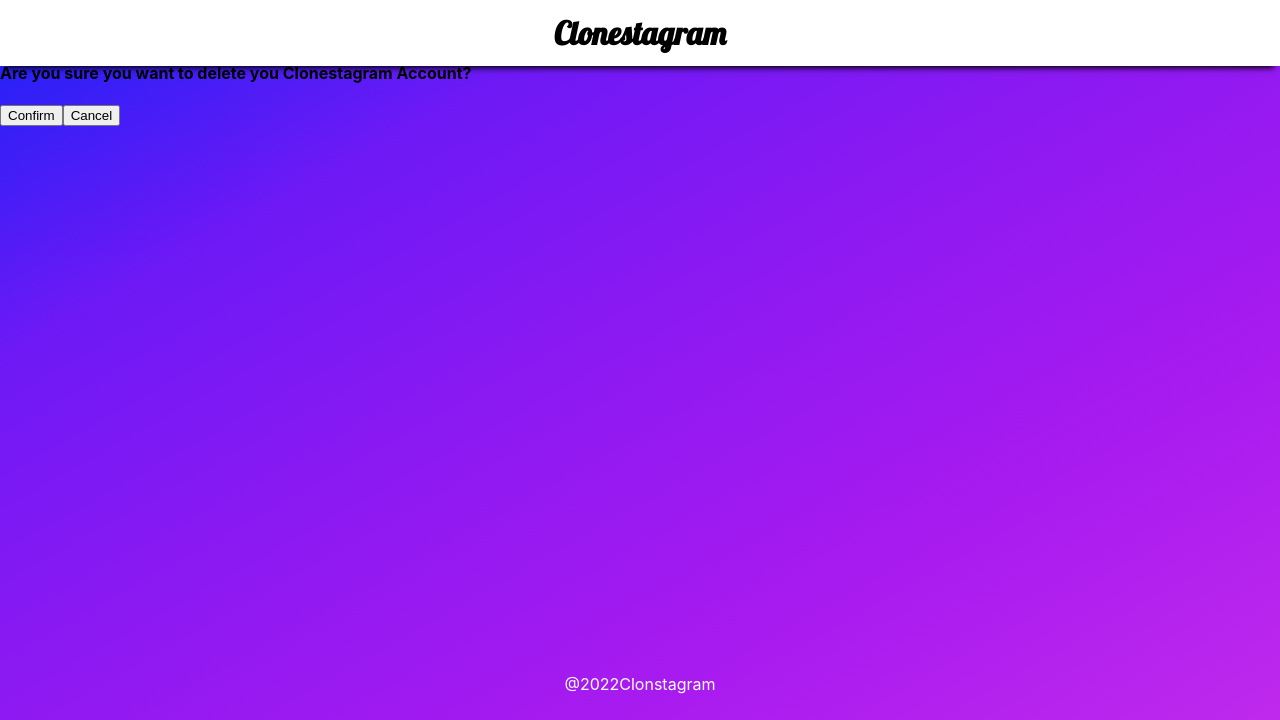
Repository: MikeMoore55/clonestagram
Page: /delaccount
These files come from the project's save history. The page is drawn as it stood at one moment and after the next save; the edit follows.
The browser window is 1280 px wide. The pictures show the whole page.
The page's requests for data from a server got no answer. The project was rebuilt for these pictures with package versions that can differ from the ones it lists, and the page was loaded fresh each time. The framework's server and built-in components were replaced by stand-ins that run in the browser. No one was signed in, and anything a server would have sent is missing. Also part of the build but not shown: next.config.js.

Above is the page before, as saved 2022-11-24 08:59:36.

### pages/_app.jsx
import Layout from '../components/Layout/Layout';
import '../styles/globals.css';

export default function MyApp({ Component, pageProps }) {
  return (
    <Layout>
      <Component {...pageProps} />
    </Layout>
  );
};

### pages/delaccount.jsx
import React from 'react';
import Link from 'next/link';
import Router,{useRouter} from 'next/router';
import { SupaBaseDB } from '../utils/dbconnect';
import { parseCookies } from '../helpers/cookie';
import styles from '../styles/DelAccount.module.css';
import Footer from '../components/Layout/Footer'

export default function DelAccount( { data } ) {
    const router = useRouter();
    const id = [data];
    function extractId(arr, prop) {
        const extractedValue = arr.map(item => item[prop]);
        return extractedValue;
    }

    const cookieId = extractId(id, 'user');
    const userId = cookieId.toString();

    console.log(userId);

    const delAccount = async () => {

        // delete the account of user
        const account = await SupaBaseDB
            .from("account")
            .delete()
            .eq("account_id", userId);

        // delete all the posts of user too
        const posts = await SupaBaseDB
            .from("posts")
            .delete()
            .eq("user_id", userId);

        if (account.error) {
            console.log(account.error['message']);
        }
        else if (posts.error) {
            console.log(posts.error["message"]);
        }
        else {
            console.log('account deleted successfully');
            router
                .push({
                    pathname: '/', // when successful take to the feed page
                });
        }
    }

    return (
        <div className={styles.container}>
            <div className={styles.block}>
                <h3 className={styles.heading1}>It is so sad to see you go 😢</h3>
                <h4 className={styles.heading2}>Are you sure you want to delete you Clonestagram Account?</h4>
                <button className={styles.confirm} onClick={() => delAccount()}>Confirm</button>
                <button className={styles.cancel}><Link href={'/home'}>Cancel</Link></button>
            </div>
            {/* for a cool background effect */}
            <div className={styles.backgroundFeature}>
                1
            </div>
            <Footer/>
        </div>
    );
};

export async function getServerSideProps({ req, res }) {
    const data = parseCookies(req);

    if (res) {
        if (Object.keys(data).length === 0 && data.constructor === Object) {
            res.writeHead(301, { Location: "/signin" });
            res.end();
        }
    }

    return {
        props: {
            data: data && data,
        }
    };
};

// del from supabase
// take to index page

### components/Layout/Layout.jsx
import React from 'react';
import Header from './Header';

// layout across app
export default function Layout({children}) {
  return (
    <div id='Layout'>
      <Header />
      {children}
    </div>
  );
};

### styles/globals.css
html,
body {
  padding: 0;
  margin: 0;
  font-family: -apple-system, BlinkMacSystemFont, Segoe UI, Roboto, Oxygen,
    Ubuntu, Cantarell, Fira Sans, Droid Sans, Helvetica Neue, sans-serif;
}

a {
  color: inherit;
  text-decoration: none;
}

* {
  box-sizing: border-box;
}

@media (prefers-color-scheme: dark) {
  html {
    color-scheme: dark;
  }

  body {
    color: black;
    background: rgb(234, 233, 233);
  }
}

### utils/dbconnect.js
import { createClient } from "@supabase/supabase-js";

const supabaseUrl = process.env.NEXT_PUBLIC_SUPABASE_URL;
const supabaseApi = process.env.NEXT_PUBLIC_SUPABASE_API_KEY;

export const SupaBaseDB = createClient(supabaseUrl, supabaseApi);

### helpers/cookie.js
import cookie from "cookie";

export function parseCookies(req) {
    return cookie.parse(req ? req.headers.cookie || "" : document.cookie)
}

### styles/DelAccount.module.css
.backgroundFeature {
    position: fixed;
    color: transparent;
    background-image: linear-gradient(to right bottom, #000bf8, #5e00f5, #8300f1, #a002ee, #b812eb);
    width: 100%;
    height: 100%;
    bottom: 0%;
    right: 0%;
    top: 0%;
    left: 0%;
    z-index: -1;
    opacity: 0.9;
}

### components/Layout/Footer.jsx
import React from 'react';
import styles from '../../styles/Footer.module.css';

export default function Footer() {
    return (
        <footer className={styles.footer}>
            @2022Clonstagram
        </footer>
    );
};

### components/Layout/Header.jsx
import React from 'react';
import styles from '../../styles/Header.module.css';

export default function Header() {
    return (
        <header className={styles.header}>
            <h1>Clonestagram</h1>
        </header>
    );
};

### styles/Footer.module.css
.footer {
    position: fixed;
    bottom: 0%;
    left: 0%;
    right: 0%;
    width: 100%;
    text-align: center;
    color: white;
    padding: 2%;
}

@media (min-width: 490px) {
    .footer {
        font-size: 1.7em;
    }
}

@media (min-width: 1000px) {
    .footer {
        font-size: 1em;
    }
}

### styles/Header.module.css
@font-face {
    font-family: 'Lobster';
    src: url(../assets/Lobster/Lobster-Regular.ttf);
}

.header {
    position: fixed;
    top: 0%;
    left: 0%;
    right: 0%;
    width: 100%;
    text-align: center;
    background-color: white;
    box-shadow: 0 8px 6px -6px black;
    z-index: 5;
    margin: 0%;
    padding: 3.5%;
}

.header h1 {
    margin: 0%;
    padding: 0%;
    font-family: 'Lobster', cursive;
    color: black;
    font-weight: 800;
}


@media (min-width: 490px) {
    .header {
        padding: 3%;
    }

    .header h1 {
        font-size: 2.7em;
    }
}

@media (min-width: 1000px) {
    .header {
        padding: 1%;
    }

    .header h1 {
        font-size: 2em;
    }
}

After the next save:
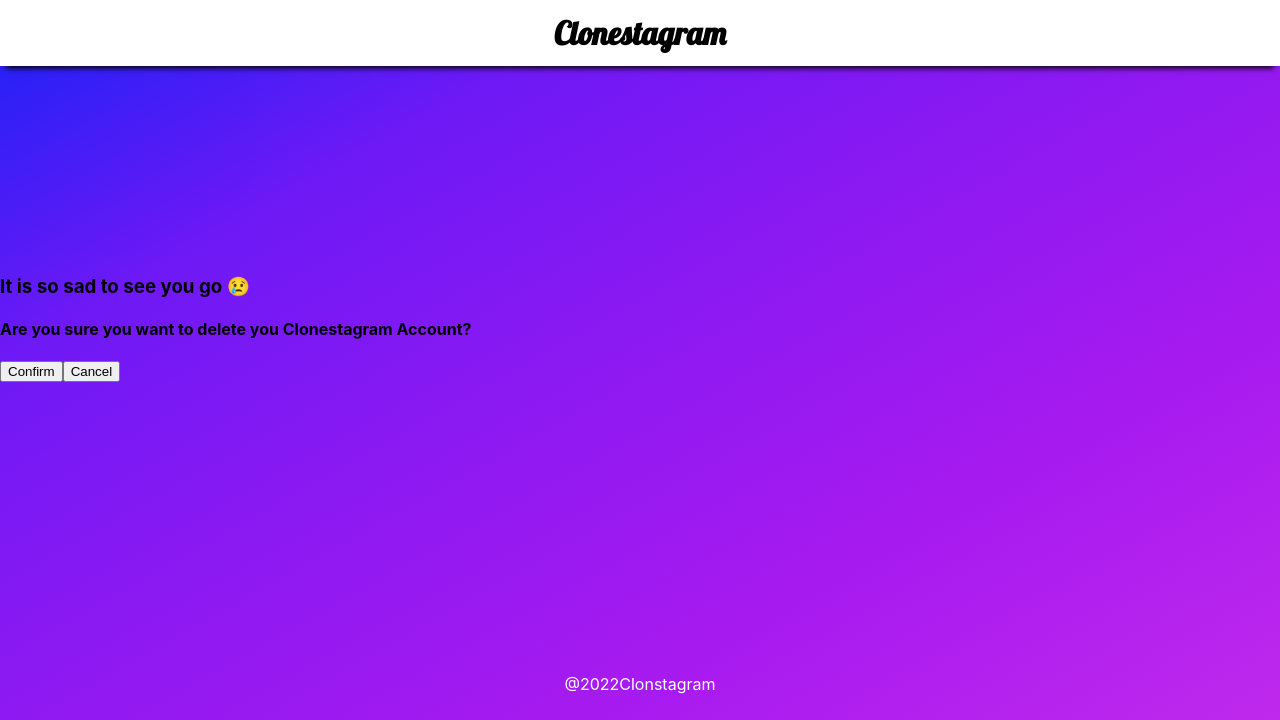
Saved 118 s later.
--- a/styles/DelAccount.module.css
+++ b/styles/DelAccount.module.css
@@ -1,3 +1,9 @@
+.container {
+    position: relative;
+    width: 100%;
+    padding-top: 20%;
+}
+
 .backgroundFeature {
     position: fixed;
     color: transparent;
